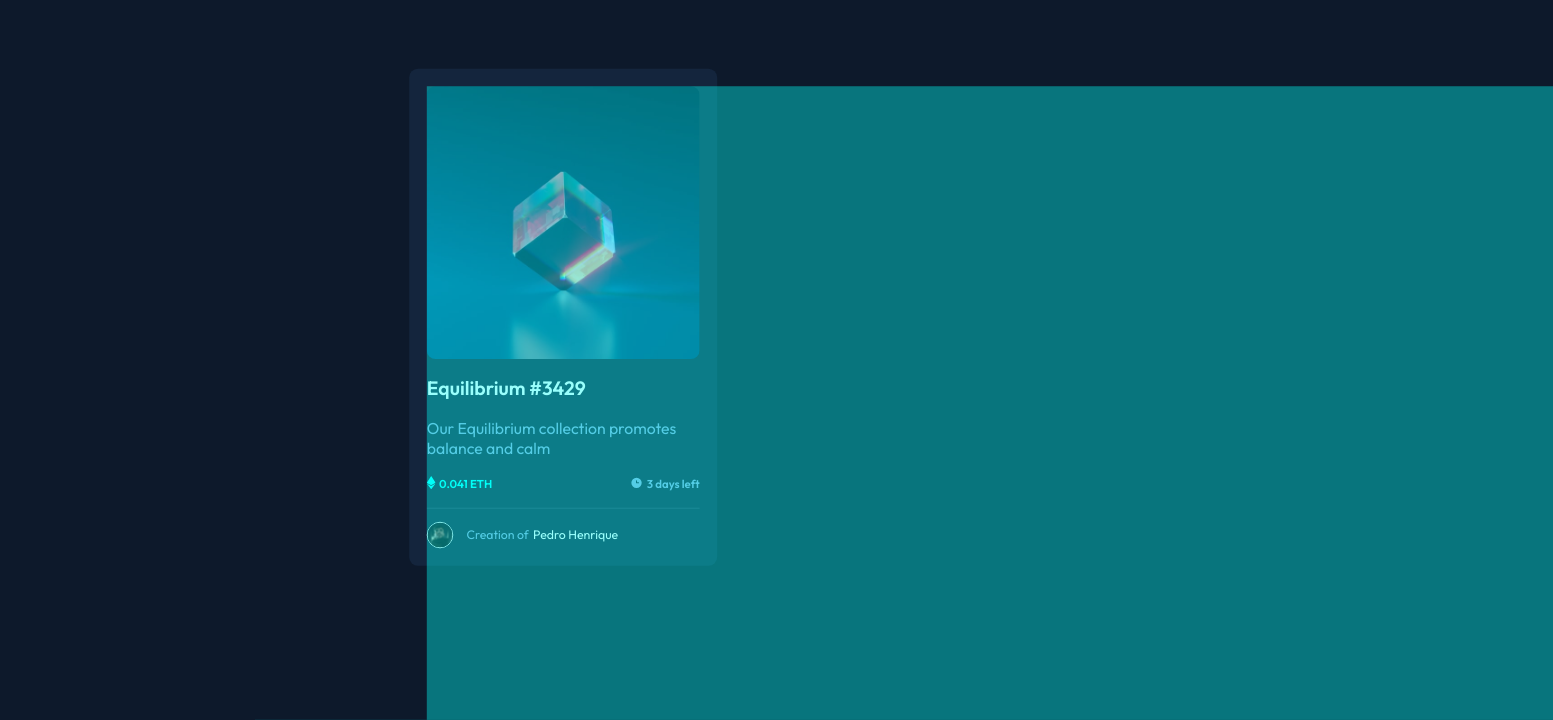
Repository: PedroHEAA/nft
Page: index.html
An editor plug-in stored every save of this project. The page is shown before and after the next save, followed by the edit.
The browser window is 1280 px wide. The page is 1765 px wide, then 1280 px, then 1765 px, so the pictures cover 1765 px, including what lies to the right of the window. The pictures show the whole page, at 88% of full size.

Above is the page before, as saved 2022-11-04 20:19:10.

After the next save:
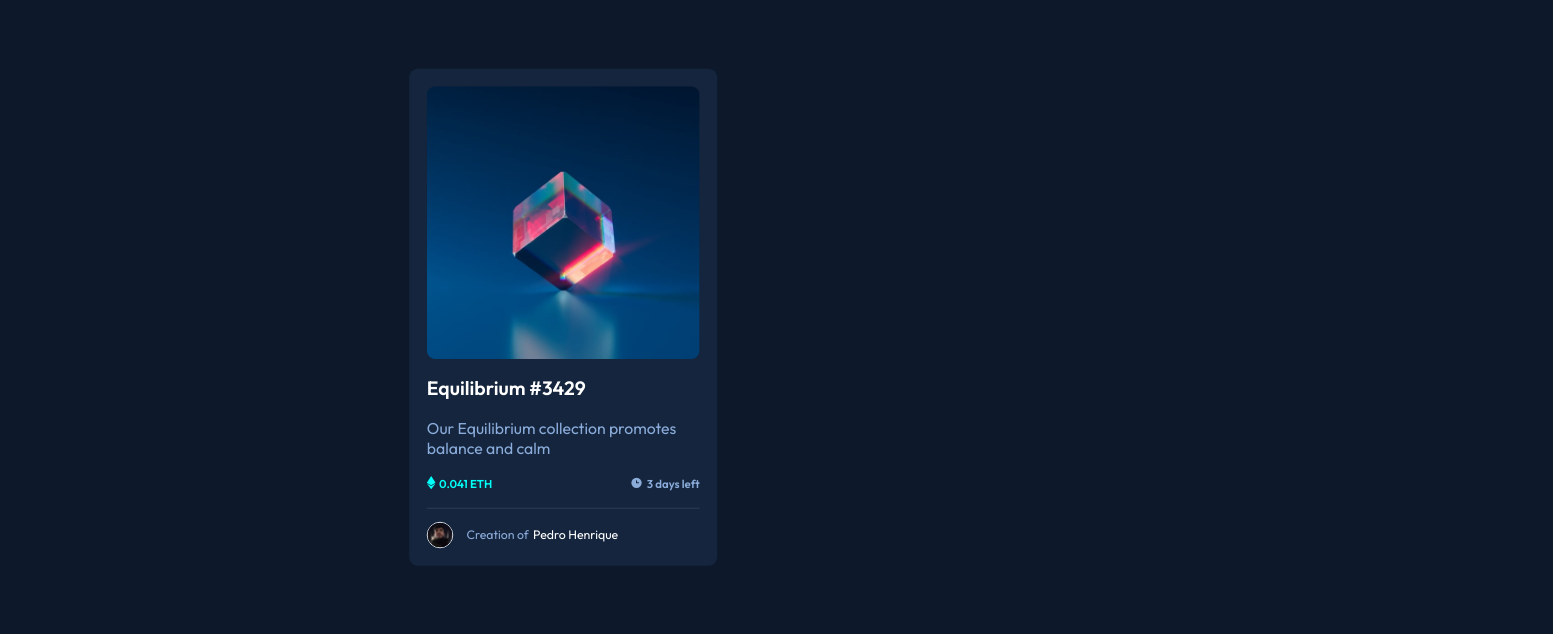
Saved 4 s later.
--- a/src/css/style.css
+++ b/src/css/style.css
@@ -46,6 +46,7 @@
     border-radius: 10px;
 }
 
+.card .ima
 
 .card .image-link::before{
     content: '';

After the save that followed:
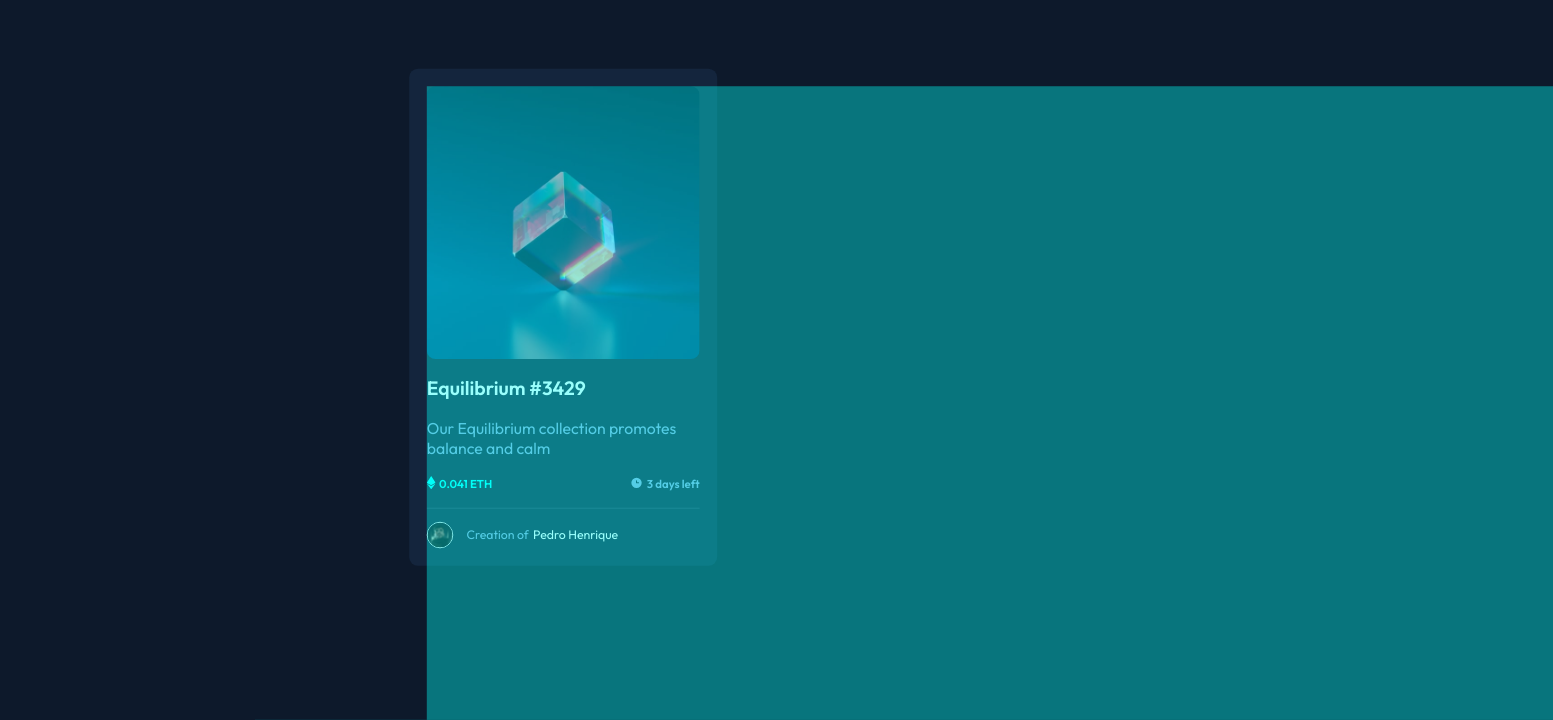
Saved 4 s later.
--- a/src/css/style.css
+++ b/src/css/style.css
@@ -46,7 +46,9 @@
     border-radius: 10px;
 }
 
-.card .ima
+.card .image-link{
+
+}
 
 .card .image-link::before{
     content: '';
